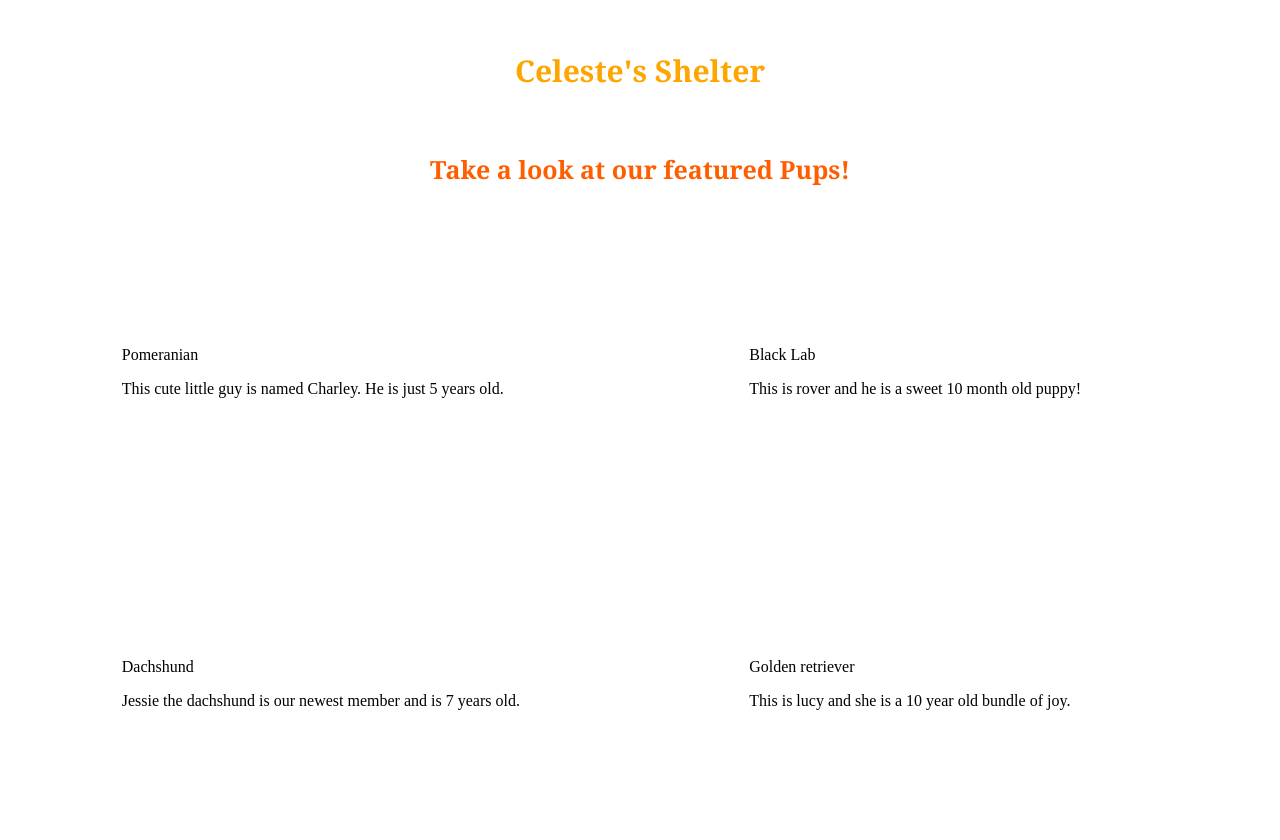
Repository: fieldceleste/animal-shelter
Page: animal-shelter.html
These files come from the project's save history. The page is drawn as it stood at one moment and after the next save; the edit follows.
The browser window is 1280 px wide. The pictures show the whole page.

Above is the page before, as saved 2019-10-30 18:41:55.

After the next save:
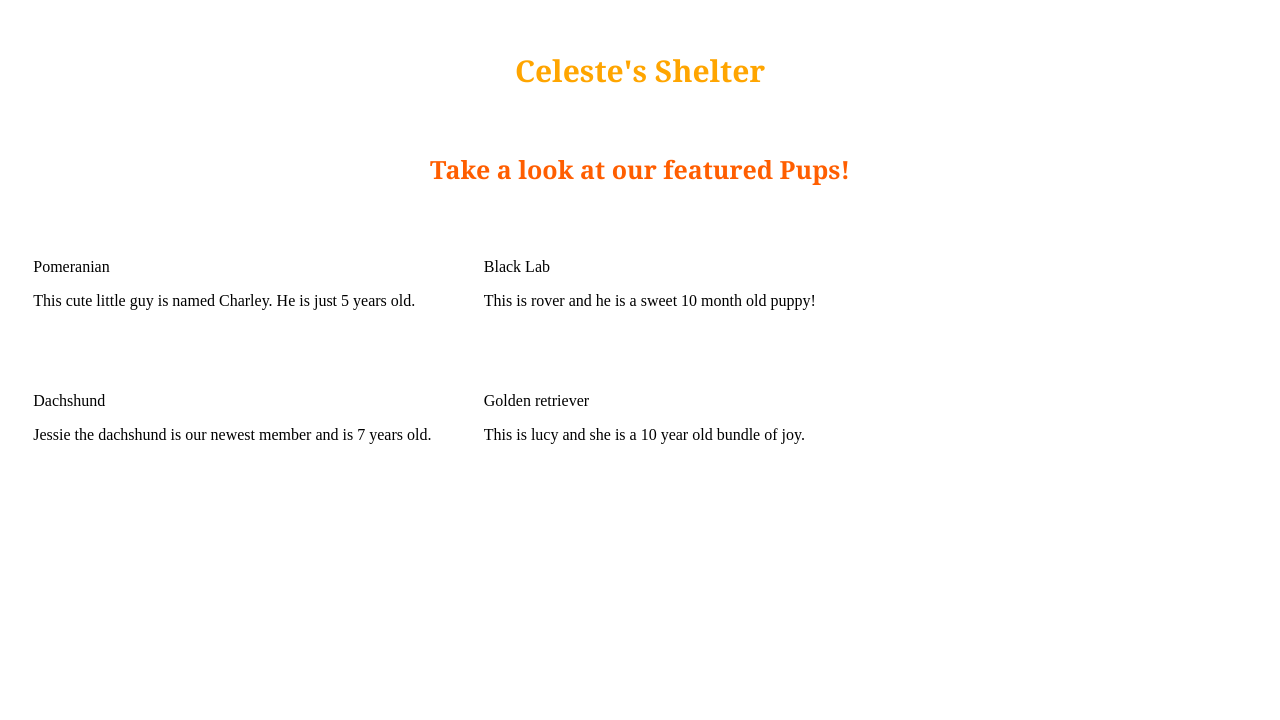
Saved 24 s later.
--- a/css/styles.css
+++ b/css/styles.css
@@ -23,10 +23,6 @@
  .column{
     float:left;
     width:400px;
-    padding: 9%;
-
+    padding: 2%;
 
 }
-img.lab {
-    float: left;
-}

After the save that followed:
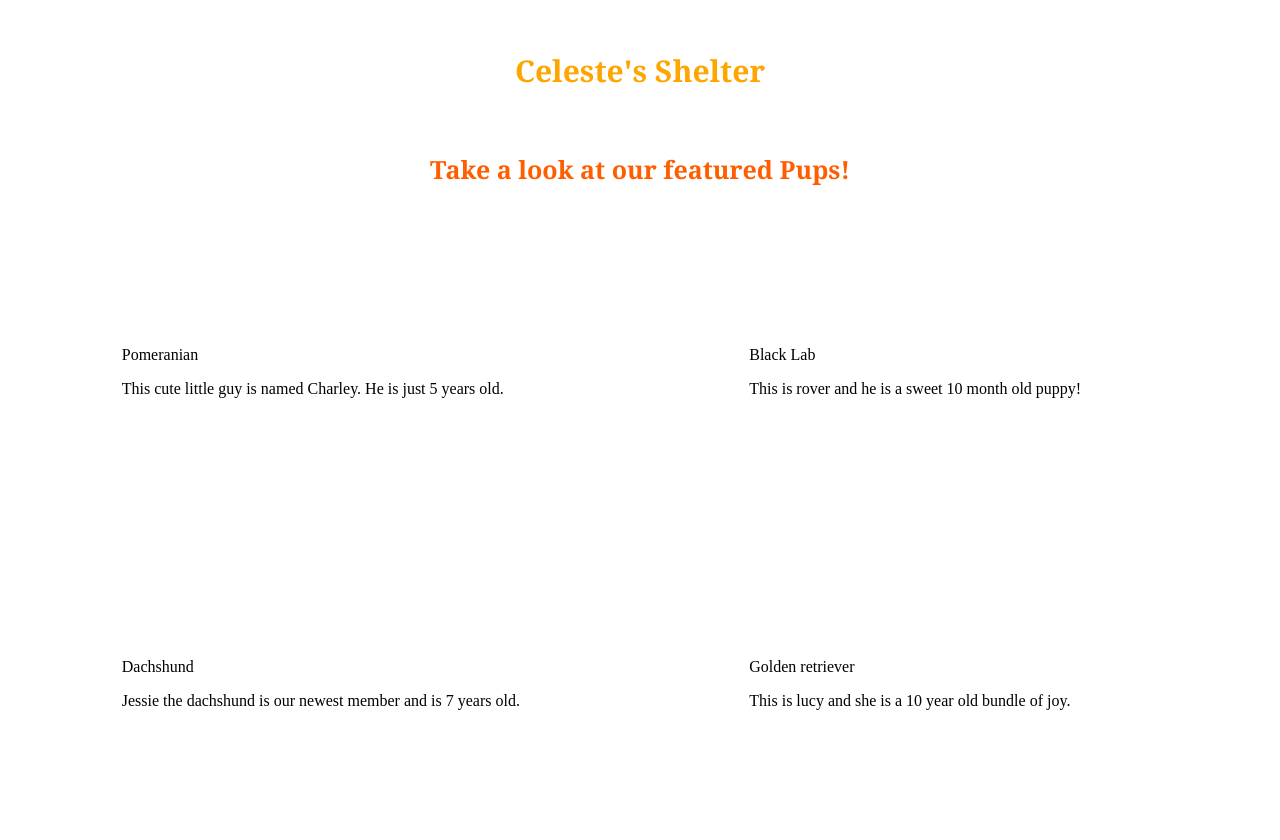
Saved 6 s later.
--- a/css/styles.css
+++ b/css/styles.css
@@ -23,6 +23,6 @@
  .column{
     float:left;
     width:400px;
-    padding: 2%;
+    padding: 9%;
 
 }
